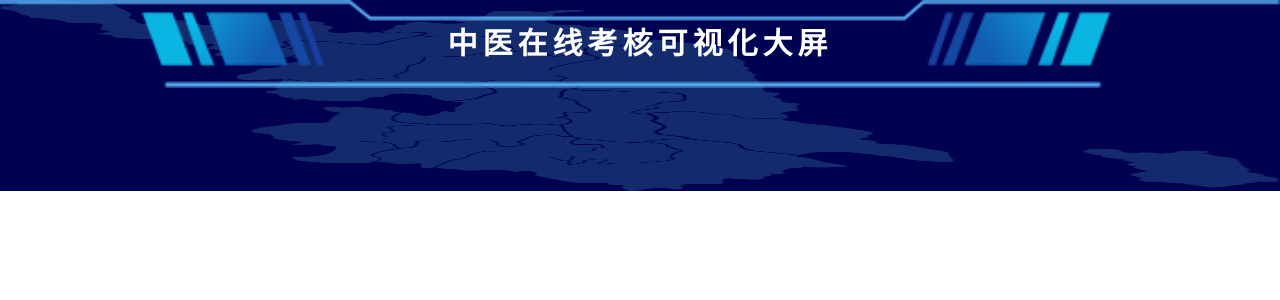
Repository: krislorem/medicine-online-datascreen-vue
Page: /
These files come from the project's save history. The page is drawn as it stood at one moment and after the next save; the edit follows.
The browser window is 1280 px wide. The pictures show the whole page.
The project was rebuilt for these pictures with package versions that can differ from the ones it lists, and the page was loaded fresh each time. Also part of the build but not shown: vite.config.ts.

Above is the page before, as saved 2024-12-04 11:38:44.
Console error (its wording comes from the project's code and is left out).
Not found: @fs/src/img/bz.02dfead7.png

### src/main.ts
import './assets/main.css'

import { createApp } from 'vue'
import { createPinia } from 'pinia'
import ElementPlus from 'element-plus'
import 'element-plus/dist/index.css'
import App from './App.vue'
import router from './router'

const app = createApp(App)

app.use(createPinia())
app.use(router)
app.use(ElementPlus)
app.mount('#app')

### src/assets/main.css
body, html {
  width: 100%;
  height: 100%;
  overflow: hidden;
  margin: 0;
  padding: 0;
  width: 100vw;
  height: 100vh
}

#app {
  width: 100%;
  height: 100%
}

### src/App.vue
<template>
  <div>
    <RouterView></RouterView>
  </div>
</template>

<script setup lang="ts">

</script>

<style scoped>
</style>

### src/views/HomeView.vue
<template>
  <div class="home">
    <nav>
      <h1>中医在线考核可视化大屏</h1>
    </nav>
    <div id="mid-bar"></div>
    <div id="all-info"></div>
  </div>
</template>

<style scoped>
body {
  font-family: Helvetica Neue, Helvetica, PingFang SC, Hiragino Sans GB, Microsoft YaHei, "\5FAE\8F6F\96C5\9ED1", Arial, sans-serif;
  font-size: 12px;
  line-height: 1.5;
  color: #515a6e;
  background-color: #fff;
  -webkit-font-smoothing: antialiased;
  -moz-osx-font-smoothing: grayscale;
}

.home {
  background: #010152 url(/ditu.png) 50% no-repeat;
  background-size: 100% 100%;
}

.home nav {
  background-image: url(/nav.png);
  background-size: 100% 100%;
  background-repeat: no-repeat;
  overflow: hidden;
  display: -webkit-box;
  display: -ms-flexbox;
  display: flex;
  -webkit-box-align: center;
  -ms-flex-align: center;
  align-items: center;
}

.home nav h1 {
  font-size: 30px;
  font-family: PingFangSC-Semibold, PingFang SC;
  font-weight: 600;
  color: #fff;
  line-height: 58px;
  letter-spacing: 5px;
  margin: 15px auto;
}

.home #mid-bar {
  width: 694px;
  height: 43px;
  background-image: url(../img/bz.02dfead7.png);
  margin: 48px auto 36px;
  padding-top: 12px;
  display: -webkit-box;
  display: -ms-flexbox;
  display: flex;
  -webkit-box-pack: center;
  -ms-flex-pack: center;
  justify-content: center;
  -webkit-box-align: center;
  -ms-flex-align: center;
  align-items: center;
}
</style>
<script setup lang="ts">
import * as echarts from 'echarts';
import { onMounted } from 'vue'
const labelOption = {
  show: true,
  position: 'insideBottom',
  distance: 15,
  align: 'left',
  verticalAlign: 'middle',
  rotate: 90,
  formatter: '{c}  {name|{a}}',
  fontSize: 16,
  rich: {
    name: {}
  }
};
const option = {
  tooltip: {
    trigger: 'axis',
    axisPointer: {
      type: 'shadow'
    }
  },
  legend: {
    data: ['Forest', 'Steppe', 'Desert', 'Wetland']
  },
  xAxis: [
    {
      type: 'category',
      axisTick: { show: false },
      data: ['2012', '2013', '2014', '2015', '2016']
    }
  ],
  yAxis: [
    {
      type: 'value'
    }
  ],
  series: [
    {
      name: 'Forest',
      type: 'bar',
      barGap: 0,
      label: labelOption,
      emphasis: {
        focus: 'series'
      },
      data: [320, 332, 301, 334, 390]
    },
    {
      name: 'Steppe',
      type: 'bar',
      label: labelOption,
      emphasis: {
        focus: 'series'
      },
      data: [220, 182, 191, 234, 290]
    },
    {
      name: 'Desert',
      type: 'bar',
      label: labelOption,
      emphasis: {
        focus: 'series'
      },
      data: [150, 232, 201, 154, 190]
    },
    {
      name: 'Wetland',
      type: 'bar',
      label: labelOption,
      emphasis: {
        focus: 'series'
      },
      data: [98, 77, 101, 99, 40]
    }
  ]
};
onMounted(() => {
  let chartDom = document.getElementById('m');
  let myChart = echarts.init(chartDom);
  option && myChart.setOption(option);
})


</script>

Loaded but not shown: index.html (common file); src/router/index.ts (common file)

After the next save:
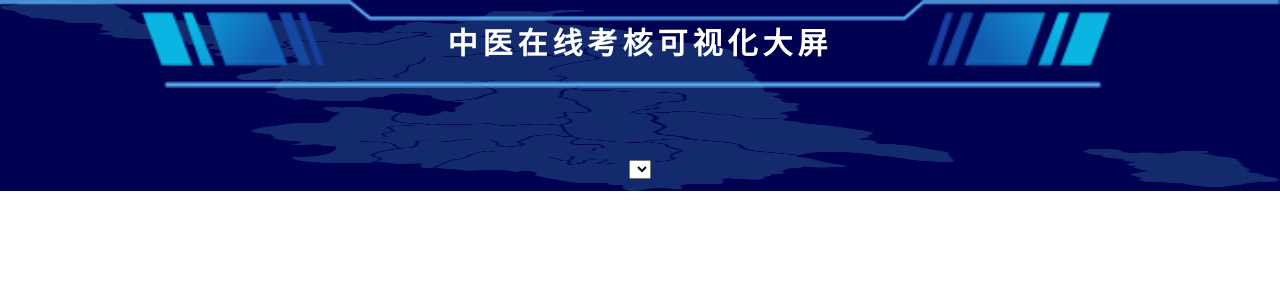
Saved 35 s later.
--- a/src/views/HomeView.vue
+++ b/src/views/HomeView.vue
@@ -3,7 +3,9 @@
     <nav>
       <h1>中医在线考核可视化大屏</h1>
     </nav>
-    <div id="mid-bar"></div>
+    <div id="mid-bar">
+      <select id="info"></select>
+    </div>
     <div id="all-info"></div>
   </div>
 </template>
